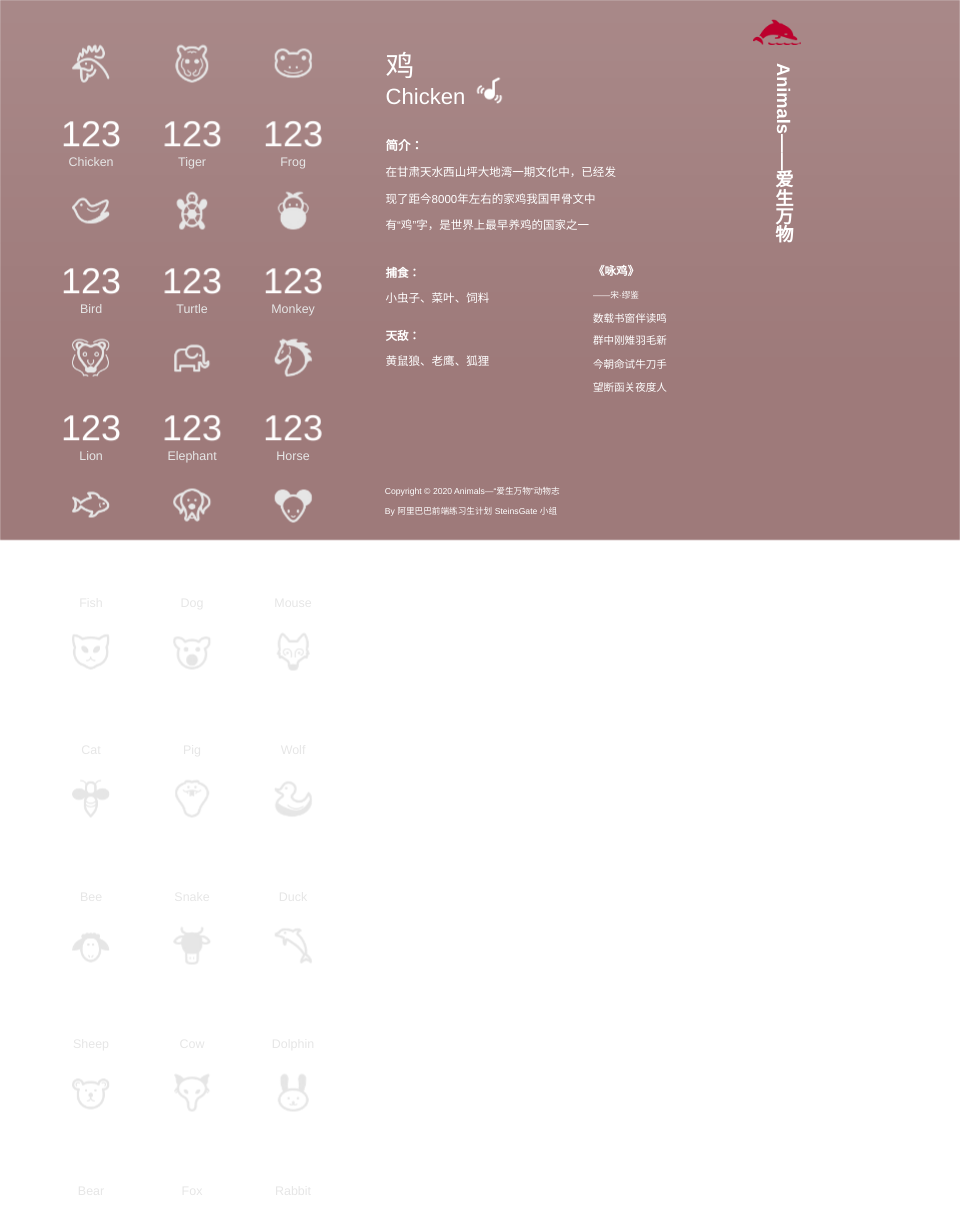
Repository: Whiskeyi/Animals
Page: /
These files come from the project's save history. The page is drawn as it stood at one moment and after the next save; the edit follows.
The browser window is 1280 px wide. The pictures show the whole page, at 75% of full size.
The project was rebuilt for these pictures with package versions that can differ from the ones it lists, and the page was loaded fresh each time.

Above is the page before, as saved 2021-11-18 23:13:25.

After the next save:
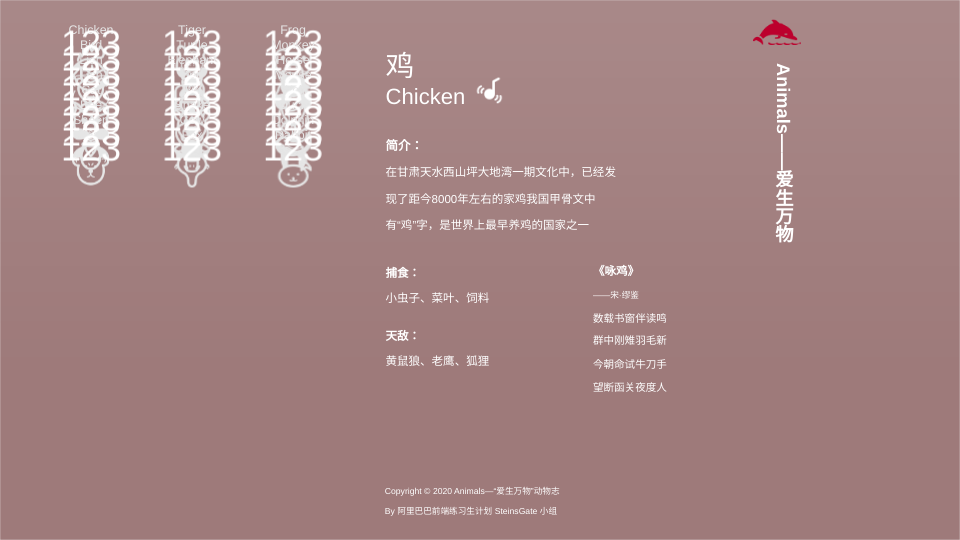
Saved 16 s later.
--- a/src/styles/flip.scss
+++ b/src/styles/flip.scss
@@ -13,7 +13,7 @@
 
   .word,
   .pic {
-    // position: absolute;
+    position: absolute;
     width: 100%;
     height: 100%;
     // display: flex;
